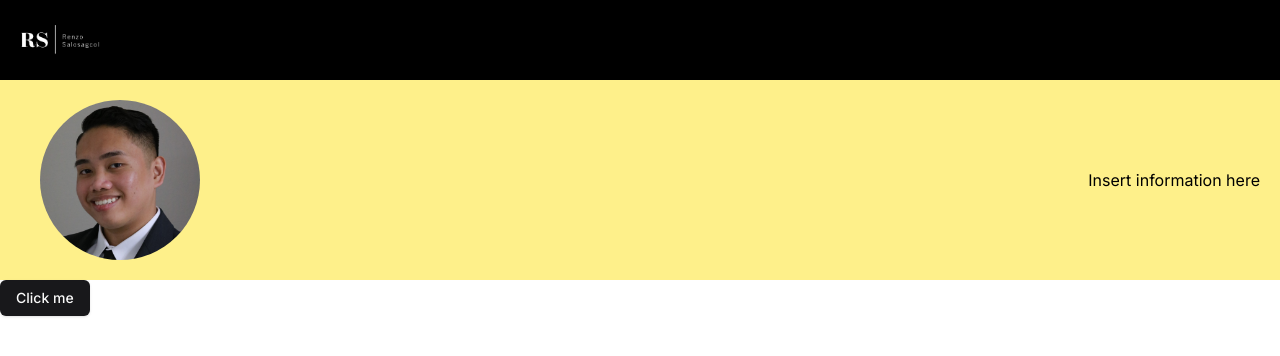
Repository: Renzo-Salosagcol/Portfolio-Website
Page: / (app in resume_website/)
An editor plug-in stored every save of this project. The page is shown before and after the next save, followed by the edit.
The browser window is 1280 px wide. The pictures show the whole page.
The project was rebuilt for these pictures with package versions that can differ from the ones it lists, and the page was loaded fresh each time. Also part of the build but not shown: resume_website/vite.config.js.

Above is the page before, as saved 2024-12-10 14:38:10.

### resume_website/index.html
<!doctype html>
<html lang="en">
  <head>
    <meta charset="UTF-8" />
    <link rel="icon" type="image/svg+xml" href="/vite.svg" />
    <meta name="viewport" content="width=device-width, initial-scale=1.0" />
    <title>Renzo Salosagcol</title>
  </head>
  <body>
    <div id="root"></div>
    <script type="module" src="/src/main.jsx"></script>
  </body>
</html>

### resume_website/src/index.css
@import url('https://fonts.googleapis.com/css2?family=Inter:opsz,wght@14..32,100..900&family=Roboto:wght@400;500;700&display=swap');

@tailwind base;
@tailwind components;
@tailwind utilities;

:root {
  font-family: "Inter", sans-serif;
}

### resume_website/src/App.jsx
import Nav from './components/Nav'
import Hero from "./components/Hero";
import { Button } from "@/components/ui/button"

const App = () => {
  return (
    <div className="text-white">
      <div class="fixed h-full w-full bg-blue"><div class="absolute bottom-0 left-0 right-0 top-0 bg-[url(&#x27;/noise.png&#x27;)] bg-[size:300px_300px] bg-left-top"></div>
      </div>
      <nav className="fixed block w-full h-20 top-0">
        <Nav />
      </nav>
      <main className="mt-20">
        <Hero />
        <Button>Click me</Button>
      </main>
      <footer>

      </footer>
    </div>
  )
}

export default App;

### resume_website/src/components/Nav.jsx
import logoImage from "../assets/InitialPortfolioLogo.png";
import {
  NavigationMenu,
  NavigationMenuContent,
  NavigationMenuIndicator,
  NavigationMenuItem,
  NavigationMenuLink,
  NavigationMenuList,
  NavigationMenuTrigger,
  NavigationMenuViewport,
} from "../components/ui/navigation-menu";
import { navigationMenuTriggerStyle } from "../components/ui/navigation-menu";


const Nav = () =>{
  return (
    <nav className="flex items-center bg-black w-full justify-between h-10 py-10 top-0">
      <div className="mx-5 flex flex-shrink-0 items-center">
        <img  className="w-20 h-15" src={ logoImage } alt="logo"/>
      </div>
      <NavigationMenu>
        <NavigationMenuList>
          <NavigationMenuItem>
            <NavigationMenuContent>Home Content</NavigationMenuContent>
          </NavigationMenuItem>
        </NavigationMenuList>
      </NavigationMenu>
    </nav>
  )
}

export default Nav;

### resume_website/src/components/Hero.jsx
import profilePic from "../assets/ProfilePic.png";

const Hero = () => {
  return (
    <div className="bg-yellow-200 text-black w-full flex items-center justify-between p-5">
      <img src={ profilePic } alt="profile" className="w-50 h-40 rounded-full mx-5"/>
      <div className="justify-items-start">
        Insert information here
      </div>
    </div>
  );
};

export default Hero;

### resume_website/src/components/ui/button.jsx
import * as React from "react"
import { Slot } from "@radix-ui/react-slot"
import { cva } from "class-variance-authority";

import { cn } from "@/lib/utils"

const buttonVariants = cva(
  "inline-flex items-center justify-center gap-2 whitespace-nowrap rounded-md text-sm font-medium transition-colors focus-visible:outline-none focus-visible:ring-1 focus-visible:ring-zinc-950 disabled:pointer-events-none disabled:opacity-50 [&_svg]:pointer-events-none [&_svg]:size-4 [&_svg]:shrink-0 dark:focus-visible:ring-zinc-300",
  {
    variants: {
      variant: {
        default:
          "bg-zinc-900 text-zinc-50 shadow hover:bg-zinc-900/90 dark:bg-zinc-50 dark:text-zinc-900 dark:hover:bg-zinc-50/90",
        destructive:
          "bg-red-500 text-zinc-50 shadow-sm hover:bg-red-500/90 dark:bg-red-900 dark:text-zinc-50 dark:hover:bg-red-900/90",
        outline:
          "border border-zinc-200 bg-white shadow-sm hover:bg-zinc-100 hover:text-zinc-900 dark:border-zinc-800 dark:bg-zinc-950 dark:hover:bg-zinc-800 dark:hover:text-zinc-50",
        secondary:
          "bg-zinc-100 text-zinc-900 shadow-sm hover:bg-zinc-100/80 dark:bg-zinc-800 dark:text-zinc-50 dark:hover:bg-zinc-800/80",
        ghost: "hover:bg-zinc-100 hover:text-zinc-900 dark:hover:bg-zinc-800 dark:hover:text-zinc-50",
        link: "text-zinc-900 underline-offset-4 hover:underline dark:text-zinc-50",
      },
      size: {
        default: "h-9 px-4 py-2",
        sm: "h-8 rounded-md px-3 text-xs",
        lg: "h-10 rounded-md px-8",
        icon: "h-9 w-9",
      },
    },
    defaultVariants: {
      variant: "default",
      size: "default",
    },
  }
)

const Button = React.forwardRef(({ className, variant, size, asChild = false, ...props }, ref) => {
  const Comp = asChild ? Slot : "button"
  return (
    (<Comp
      className={cn(buttonVariants({ variant, size, className }))}
      ref={ref}
      {...props} />)
  );
})
Button.displayName = "Button"

export { Button, buttonVariants }

### resume_website/src/components/ui/navigation-menu.jsx
import * as React from "react"
import * as NavigationMenuPrimitive from "@radix-ui/react-navigation-menu"
import { cva } from "class-variance-authority"
import { ChevronDown } from "lucide-react"

import { cn } from "@/lib/utils"

const NavigationMenu = React.forwardRef(({ className, children, ...props }, ref) => (
  <NavigationMenuPrimitive.Root
    ref={ref}
    className={cn(
      "relative z-10 flex max-w-max flex-1 items-center justify-center",
      className
    )}
    {...props}>
    {children}
    <NavigationMenuViewport />
  </NavigationMenuPrimitive.Root>
))
NavigationMenu.displayName = NavigationMenuPrimitive.Root.displayName

const NavigationMenuList = React.forwardRef(({ className, ...props }, ref) => (
  <NavigationMenuPrimitive.List
    ref={ref}
    className={cn(
      "group flex flex-1 list-none items-center justify-center space-x-1",
      className
    )}
    {...props} />
))
NavigationMenuList.displayName = NavigationMenuPrimitive.List.displayName

const NavigationMenuItem = NavigationMenuPrimitive.Item

const navigationMenuTriggerStyle = cva(
  "group inline-flex h-9 w-max items-center justify-center rounded-md bg-white px-4 py-2 text-sm font-medium transition-colors hover:bg-zinc-100 hover:text-zinc-900 focus:bg-zinc-100 focus:text-zinc-900 focus:outline-none disabled:pointer-events-none disabled:opacity-50 data-[active]:bg-zinc-100/50 data-[state=open]:bg-zinc-100/50 dark:bg-zinc-950 dark:hover:bg-zinc-800 dark:hover:text-zinc-50 dark:focus:bg-zinc-800 dark:focus:text-zinc-50 dark:data-[active]:bg-zinc-800/50 dark:data-[state=open]:bg-zinc-800/50"
)

const NavigationMenuTrigger = React.forwardRef(({ className, children, ...props }, ref) => (
  <NavigationMenuPrimitive.Trigger
    ref={ref}
    className={cn(navigationMenuTriggerStyle(), "group", className)}
    {...props}>
    {children}{""}
    <ChevronDown
      className="relative top-[1px] ml-1 h-3 w-3 transition duration-300 group-data-[state=open]:rotate-180"
      aria-hidden="true" />
  </NavigationMenuPrimitive.Trigger>
))
NavigationMenuTrigger.displayName = NavigationMenuPrimitive.Trigger.displayName

const NavigationMenuContent = React.forwardRef(({ className, ...props }, ref) => (
  <NavigationMenuPrimitive.Content
    ref={ref}
    className={cn(
      "left-0 top-0 w-full data-[motion^=from-]:animate-in data-[motion^=to-]:animate-out data-[motion^=from-]:fade-in data-[motion^=to-]:fade-out data-[motion=from-end]:slide-in-from-right-52 data-[motion=from-start]:slide-in-from-left-52 data-[motion=to-end]:slide-out-to-right-52 data-[motion=to-start]:slide-out-to-left-52 md:absolute md:w-auto",
      className
    )}
    {...props} />
))
NavigationMenuContent.displayName = NavigationMenuPrimitive.Content.displayName

const NavigationMenuLink = NavigationMenuPrimitive.Link

const NavigationMenuViewport = React.forwardRef(({ className, ...props }, ref) => (
  <div className={cn("absolute left-0 top-full flex justify-center")}>
    <NavigationMenuPrimitive.Viewport
      className={cn(
        "origin-top-center relative mt-1.5 h-[var(--radix-navigation-menu-viewport-height)] w-full overflow-hidden rounded-md border border-zinc-200 bg-white text-zinc-950 shadow data-[state=open]:animate-in data-[state=closed]:animate-out data-[state=closed]:zoom-out-95 data-[state=open]:zoom-in-90 md:w-[var(--radix-navigation-menu-viewport-width)] dark:border-zinc-800 dark:bg-zinc-950 dark:text-zinc-50",
        className
      )}
      ref={ref}
      {...props} />
  </div>
))
NavigationMenuViewport.displayName =
  NavigationMenuPrimitive.Viewport.displayName

const NavigationMenuIndicator = React.forwardRef(({ className, ...props }, ref) => (
  <NavigationMenuPrimitive.Indicator
    ref={ref}
    className={cn(
      "top-full z-[1] flex h-1.5 items-end justify-center overflow-hidden data-[state=visible]:animate-in data-[state=hidden]:animate-out data-[state=hidden]:fade-out data-[state=visible]:fade-in",
      className
    )}
    {...props}>
    <div
      className="relative top-[60%] h-2 w-2 rotate-45 rounded-tl-sm bg-zinc-200 shadow-md dark:bg-zinc-800" />
  </NavigationMenuPrimitive.Indicator>
))
NavigationMenuIndicator.displayName =
  NavigationMenuPrimitive.Indicator.displayName

export {
  navigationMenuTriggerStyle,
  NavigationMenu,
  NavigationMenuList,
  NavigationMenuItem,
  NavigationMenuContent,
  NavigationMenuTrigger,
  NavigationMenuLink,
  NavigationMenuIndicator,
  NavigationMenuViewport,
}

Loaded but not shown: resume_website/src/main.jsx (common file); resume_website/src/lib/utils.js (common file); resume_website/tailwind.config.js (common file)

After the next save:
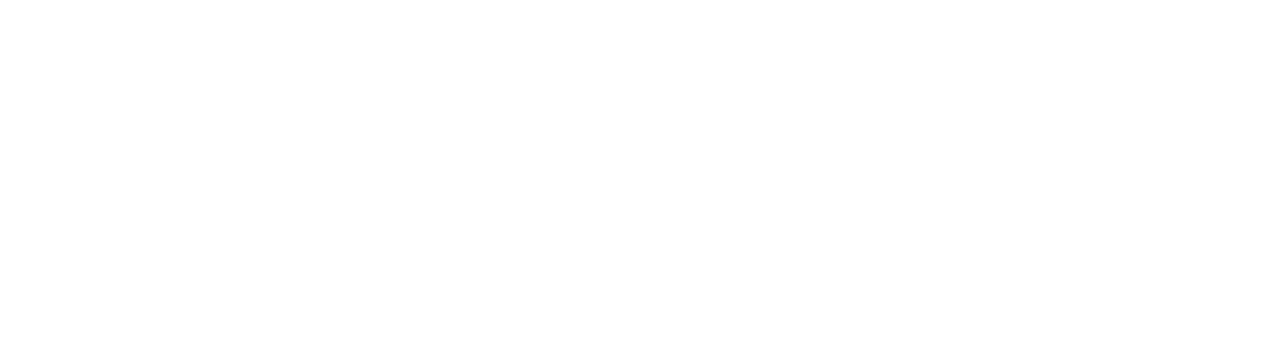
Console error: ReferenceError: Link is not defined
Saved 57 s later.
--- a/resume_website/src/components/Nav.jsx
+++ b/resume_website/src/components/Nav.jsx
@@ -21,7 +21,11 @@
       <NavigationMenu>
         <NavigationMenuList>
           <NavigationMenuItem>
-            <NavigationMenuContent>Home Content</NavigationMenuContent>
+            <Link href="/docs" legacyBehavior passHref>
+              <NavigationMenuLink className={navigationMenuTriggerStyle()}>
+                Documentation
+              </NavigationMenuLink>
+            </Link>
           </NavigationMenuItem>
         </NavigationMenuList>
       </NavigationMenu>

After the 2 saves that followed:
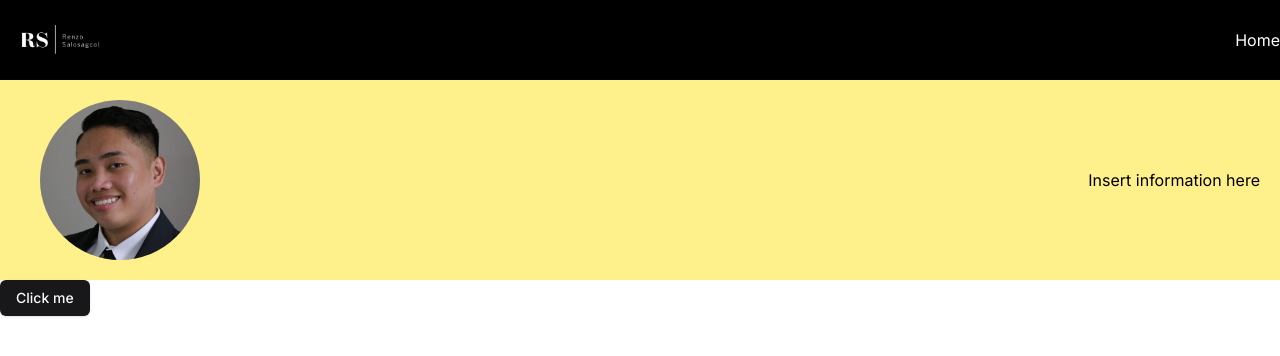
The error is gone.
The 2 saves are shown as one change because 1 left the picture as it was.
The last was saved 20 s later.
--- a/resume_website/src/components/Nav.jsx
+++ b/resume_website/src/components/Nav.jsx
@@ -21,11 +21,7 @@
       <NavigationMenu>
         <NavigationMenuList>
           <NavigationMenuItem>
-            <Link href="/docs" legacyBehavior passHref>
-              <NavigationMenuLink className={navigationMenuTriggerStyle()}>
-                Documentation
-              </NavigationMenuLink>
-            </Link>
+            Home
           </NavigationMenuItem>
         </NavigationMenuList>
       </NavigationMenu>
